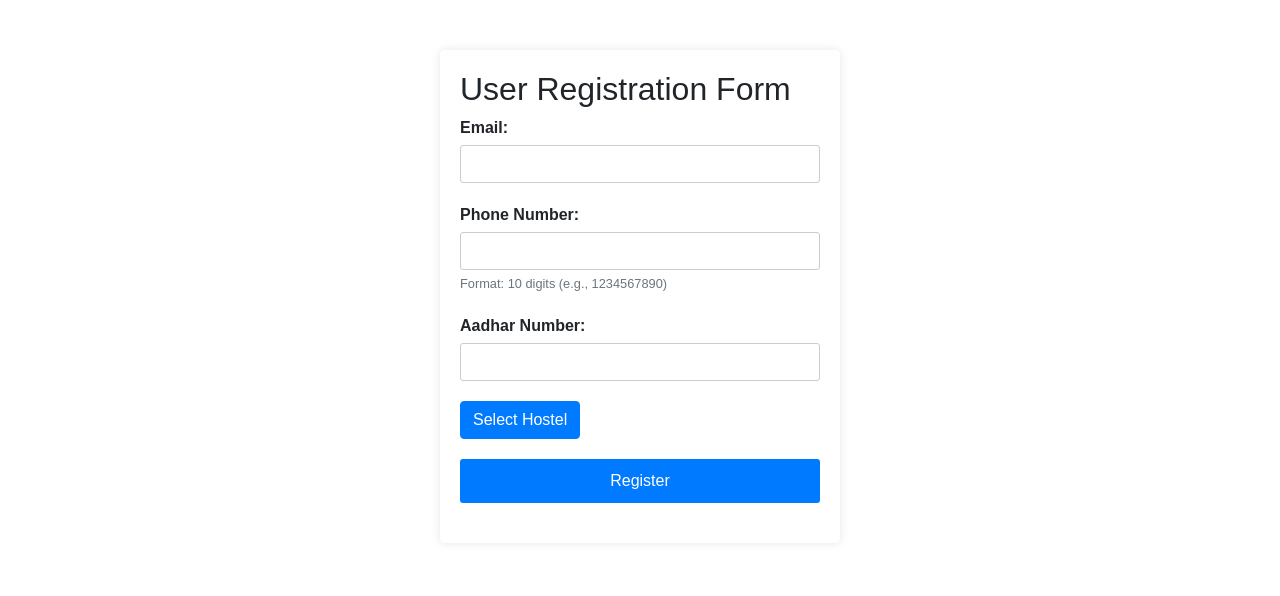
Repository: thatipallyvinod/AdvanceJava
Page: BoysHostel/src/main/webapp/First.html
These files come from the project's save history. The page is drawn as it stood at one moment and after the next save; the edit follows.
The browser window is 1280 px wide. The pictures show the whole page.

Above is the page before, as saved 2024-03-24 10:15:01.

After the next save:
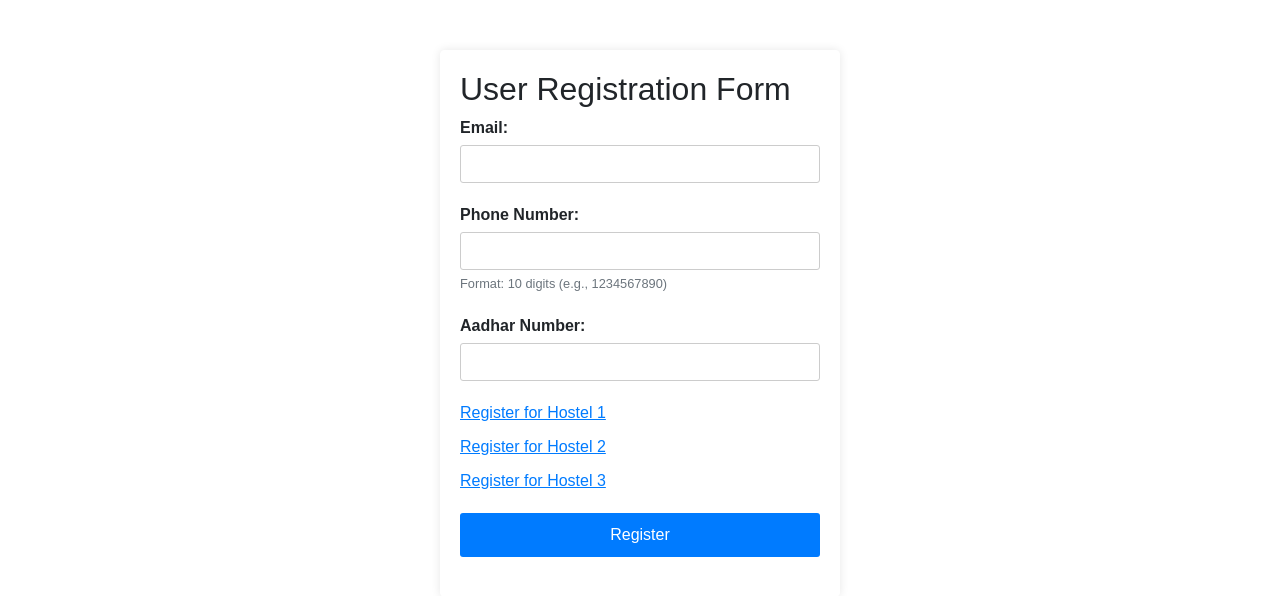
Saved 8 min 57 s later.
--- a/BoysHostel/src/main/webapp/First.html
+++ b/BoysHostel/src/main/webapp/First.html
@@ -68,6 +68,17 @@
         .form-group input[type="submit"]:hover {
             background-color: #0056b3;
         }
+        /* Added style for hostel links */
+        .hostel-link {
+            cursor: pointer;
+            color: #007bff;
+            text-decoration: underline;
+            margin-bottom: 10px;
+            display: block;
+        }
+        .hostel-link:hover {
+            text-decoration: none;
+        }
     </style>
 </head>
 <body>
@@ -89,113 +100,13 @@
             <input type="number" id="aadhar" name="aadhar" class="form-control" required>
         </div>
         <div class="form-group">
-            <button type="button" class="btn btn-primary" data-toggle="modal" data-target="#hostelModal">
-                Select Hostel
-            </button>
+            <!-- Hyperlinks to open hostel registration modals -->
+            <a href="#" class="hostel-link" data-toggle="modal" data-target="#registerModal1">Register for Hostel 1</a>
+            <a href="#" class="hostel-link" data-toggle="modal" data-target="#registerModal2">Register for Hostel 2</a>
+            <a href="#" class="hostel-link" data-toggle="modal" data-target="#registerModal3">Register for Hostel 3</a>
         </div>
         <div class="form-group">
             <input type="submit" value="Register" class="btn btn-primary">
         </div>
     </form>
 </div>
-
-<!-- Hostel Selection Modal -->
-<div class="modal fade" id="hostelModal" tabindex="-1" role="dialog" aria-labelledby="hostelModalLabel" aria-hidden="true">
-    <div class="modal-dialog" role="document">
-        <div class="modal-content">
-            <div class="modal-header">
-                <h5 class="modal-title" id="hostelModalLabel">Select Hostel</h5>
-                <button type="button" class="close" data-dismiss="modal" aria-label="Close">
-                    <span aria-hidden="true">&times;</span>
-                </button>
-            </div>
-            <div class="modal-body">
-                <!-- Hostel selection buttons -->
-                <button type="button" class="btn btn-primary" data-toggle="modal" data-target="#registerModal1">
-                    Hostel 1
-                </button>
-                <button type="button" class="btn btn-primary" data-toggle="modal" data-target="#registerModal2">
-                    Hostel 2
-                </button>
-                <button type="button" class="btn btn-primary" data-toggle="modal" data-target="#registerModal3">
-                    Hostel 3
-                </button>
-            </div>
-        </div>
-    </div>
-</div>
-
-<!-- Hostel 1 Registration Modal -->
-<div class="modal fade" id="registerModal1" tabindex="-1" role="dialog" aria-labelledby="registerModalLabel1" aria-hidden="true">
-    <div class="modal-dialog" role="document">
-        <div class="modal-content">
-            <div class="modal-header">
-                <h5 class="modal-title" id="registerModalLabel1">Hostel 1 Registration</h5>
-                <button type="button" class="close" data-dismiss="modal" aria-label="Close">
-                    <span aria-hidden="true">&times;</span>
-                </button>
-            </div>
-            <div class="modal-body">
-                <!-- Hostel 1 registration form content -->
-                <form action="./RegistrationServlet" method="post">
-                    <input type="hidden" name="selectedHostel" value="Hostel 1">
-                    <div class="form-group">
-                        <label for="hostel1Field">Hostel 1 Specific Field:</label>
-                        <input type="text" id="hostel1Field" name="hostel1Field" class="form-control" required>
-                    </div>
-                    <input type="submit" value="Register" class="btn btn-primary">
-                </form>
-            </div>
-        </div>
-    </div>
-</div>
-
-<!-- Hostel 2 Registration Modal -->
-<div class="modal fade" id="registerModal2" tabindex="-1" role="dialog" aria-labelledby="registerModalLabel2" aria-hidden="true">
-    <div class="modal-dialog" role="document">
-        <div class="modal-content">
-            <div class="modal-header">
-                <h5 class="modal-title" id="registerModalLabel2">Hostel 2 Registration</h5>
-                <button type="button" class="close" data-dismiss="modal" aria-label="Close">
-                    <span aria-hidden="true">&times;</span>
-                </button>
-            </div>
-            <div class="modal-body">
-                <!-- Hostel 2 registration form content -->
-                <form action="./RegistrationServlet" method="post">
-                    <input type="hidden" name="selectedHostel" value="Hostel 2">
-                    <div class="form-group">
-                        <label for="hostel2Field">Hostel 2 Specific Field:</label>
-                        <input type="text" id="hostel2Field" name="hostel2Field" class="form-control" required>
-                    </div>
-                    <input type="submit" value="Register" class="btn btn-primary">
-                </form>
-            </div>
-        </div>
-    </div>
-</div>
-
-<!-- Hostel 3 Registration Modal -->
-<div class="modal fade" id="registerModal3" tabindex="-1" role="dialog" aria-labelledby="registerModalLabel3" aria-hidden="true">
-    <div class="modal-dialog" role="document">
-        <div class="modal-content">
-            <div class="modal-header">
-                <h5 class="modal-title" id="registerModalLabel3">Hostel 3 Registration</h5>
-                <button type="button" class="close" data-dismiss="modal" aria-label="Close">
-                    <span aria-hidden="true">&times;</span>
-                </button>
-            </div>
-            <div class="modal-body">
-                <!-- Hostel 3 registration form content -->
-                <form action="./RegistrationServlet" method="post">
-                    <input type="hidden" name="selectedHostel" value="Hostel 3">
-                    <div class="form-group">
-                        <label for="hostel3Field">Hostel 3 Specific Field:</label>
-                        <input type="text" id="hostel3Field" name="hostel3Field" class="form-control" required>
-                    </div>
-                    <input type="submit" value="Register" class="btn btn-primary">
-                </form>
-            </div>
-        </div>
-    </div>
-</div>
